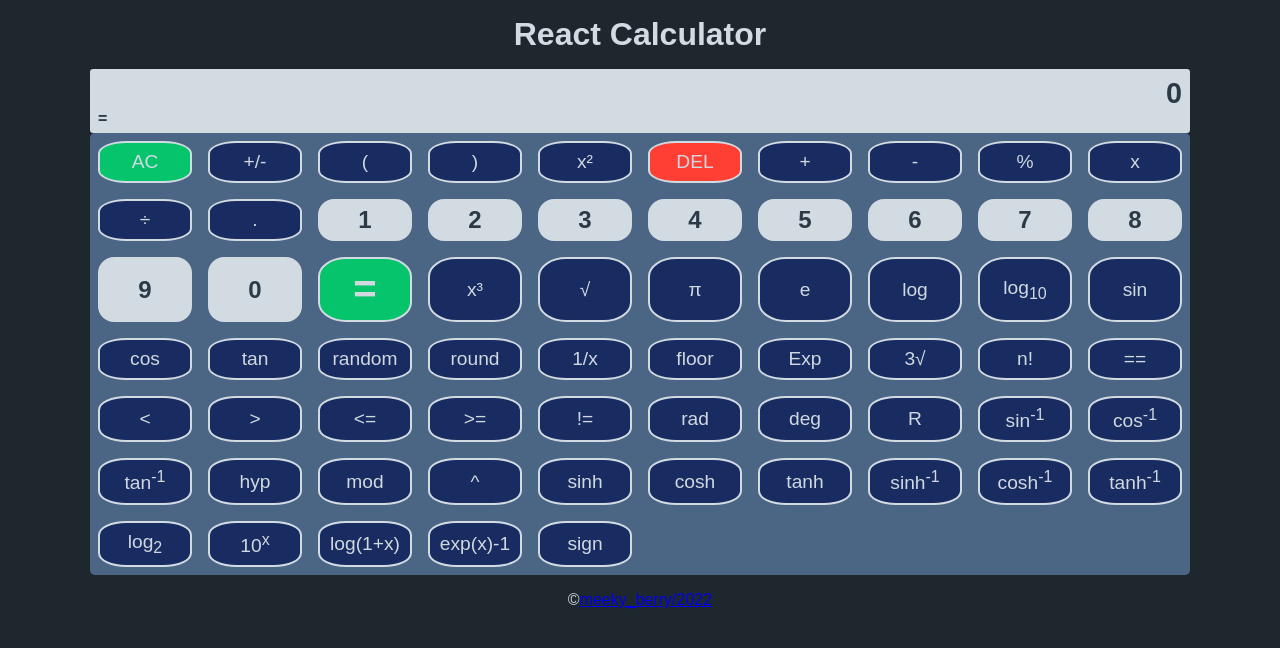
Repository: MikkyPrestige/calculator
Page: /
The author's editor kept a copy of each file at every save. The page is drawn from the files as they stood at one save, then again after the next save.
The browser window is 1280 px wide. The pictures show the whole page.
The project was rebuilt for these pictures with package versions that can differ from the ones it lists, and the page was loaded fresh each time.

Above is the page before, as saved 2022-11-17 21:31:53.

After the next save:
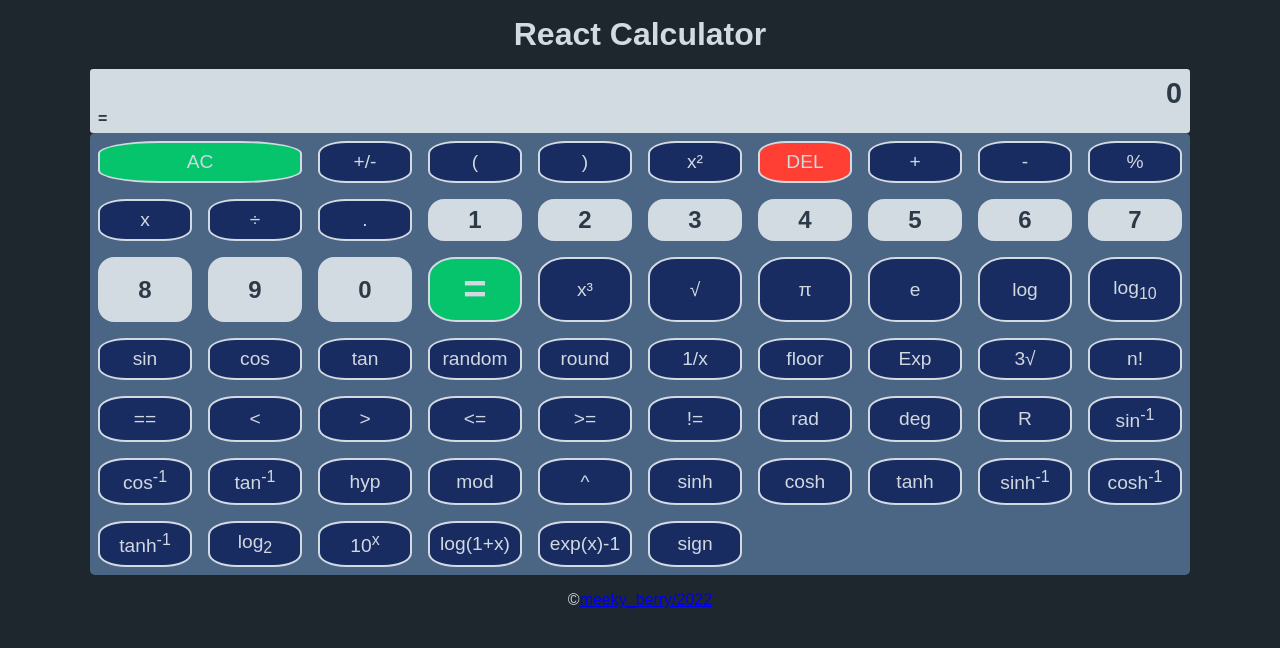
Saved 60 s later.
--- a/src/index.css
+++ b/src/index.css
@@ -97,15 +97,8 @@
 
 .clear {
  background-color: #05c46b;
-  color: #d2dae2;
-  font-size: 1.2rem;
-  font-weight: 400;
-  padding: .5rem;
-  border: none;
-  cursor: pointer;
-  border-radius: 30%;
-  border: 2px solid #d2dae2;
-
+  grid-column: 1 / 3;
+  grid-row: 1 / 2;
 }
 
 .delete {

After the save that followed:
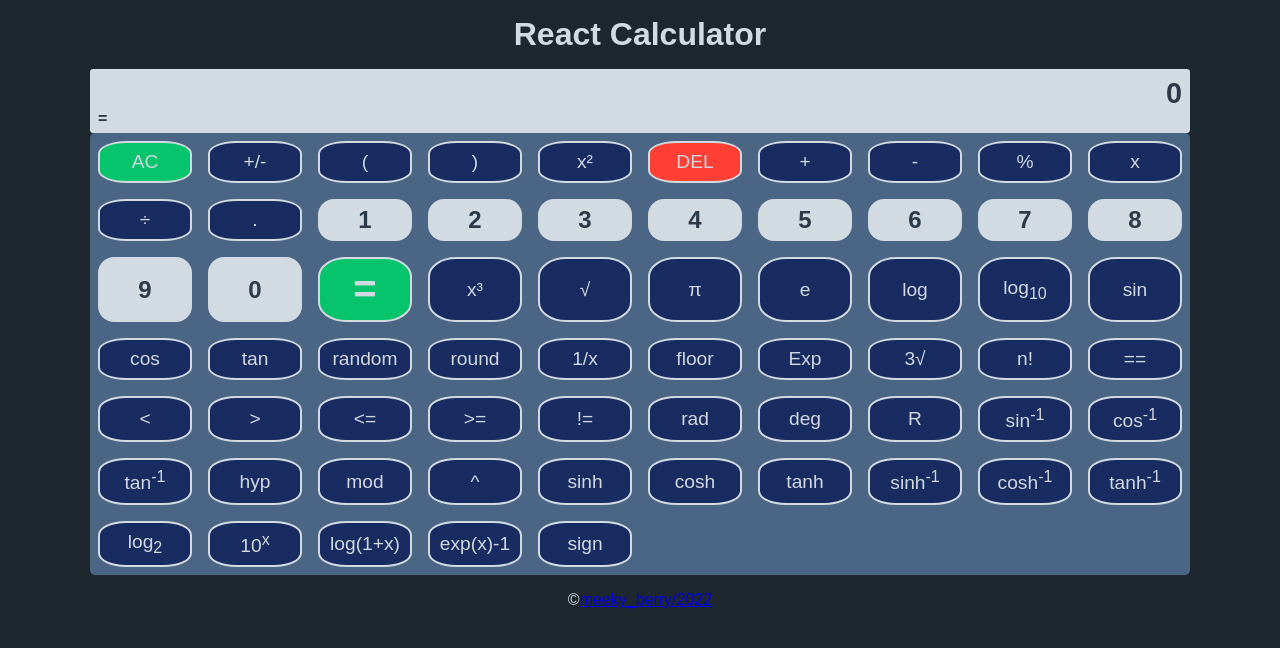
Saved 16 s later.
--- a/src/index.css
+++ b/src/index.css
@@ -97,7 +97,7 @@
 
 .clear {
  background-color: #05c46b;
-  grid-column: 1 / 3;
+  grid-column: 1 / 2;
   grid-row: 1 / 2;
 }
 
